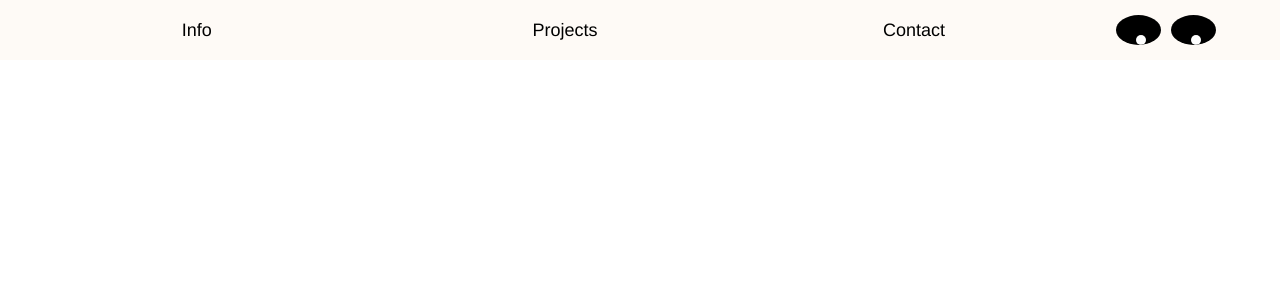
Repository: jinghuai8092/personal_website
Page: /
An editor plug-in stored every save of this project. The page is shown before and after the next save, followed by the edit.
The browser window is 1280 px wide. The pictures show the whole page.
The project was rebuilt for these pictures with package versions that can differ from the ones it lists, and the page was loaded fresh each time.

Above is the page before, as saved 2021-09-09 20:51:21.

After the next save:
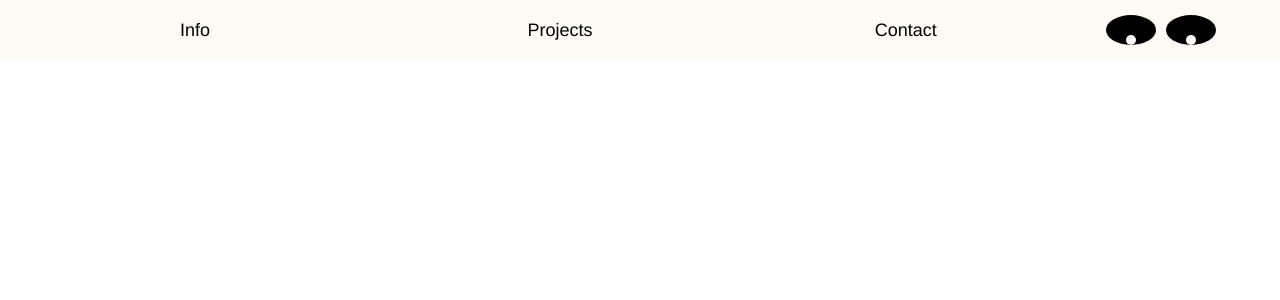
Saved 39 s later.
--- a/src/common/header/header.module.css
+++ b/src/common/header/header.module.css
@@ -34,7 +34,7 @@
 
 .eyes{
     background: black;
-    width: 45px;
+    width: 50px;
     height: 30px;
     border-radius: 50%;
     overflow: hidden;
